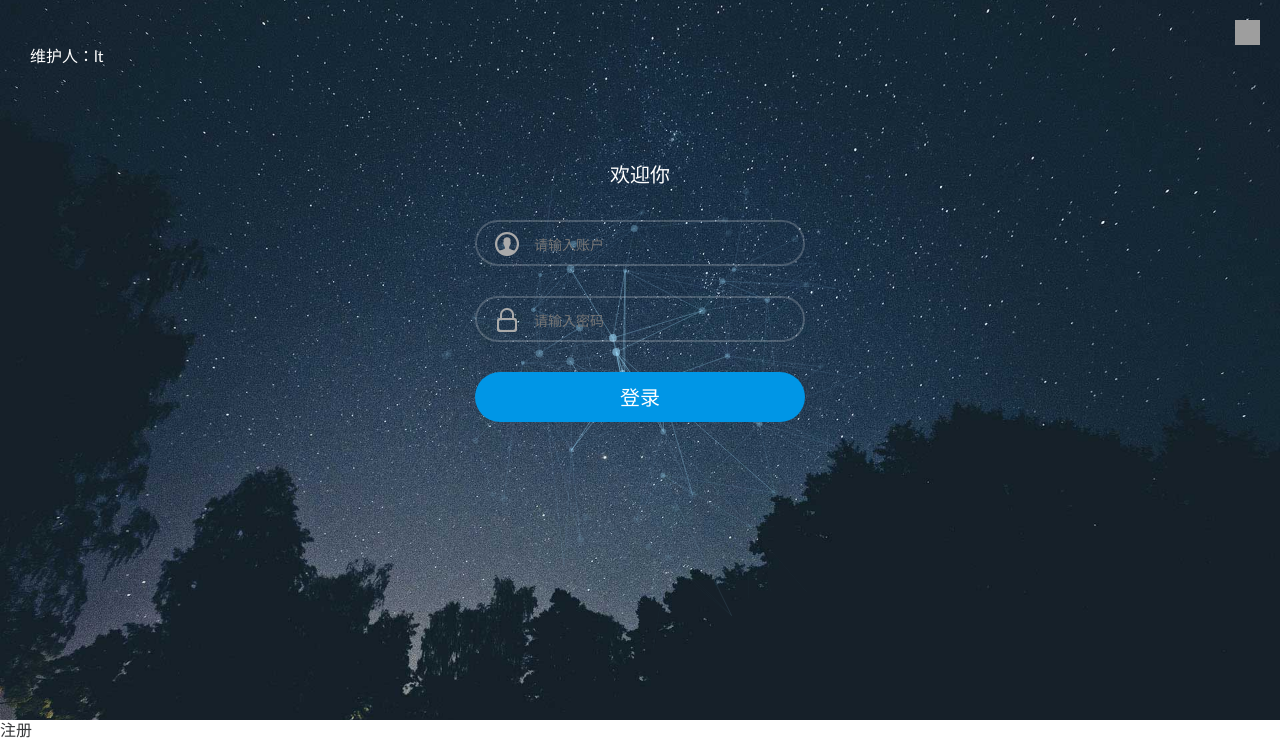
Repository: LTai123456/orl
Page: auth/src/main/resources/static/index.html
These files come from the project's save history. The page is drawn as it stood at one moment and after the next save; the edit follows.
The browser window is 1280 px wide. The pictures show the whole page.
Pictures or frames that could not be fetched are drawn as grey boxes.

Above is the page before, as saved 2019-12-26 05:06:02.

### auth/src/main/resources/static/index.html
<!DOCTYPE html>
<html lang="en" class="no-js">
<head>
<meta charset="UTF-8" />
<meta http-equiv="X-UA-Compatible" content="IE=edge">
<meta name="viewport" content="width=device-width, initial-scale=1">
<title>login</title>
<link rel="stylesheet" type="text/css" href="css/normalize.css" />
<link rel="stylesheet" type="text/css" href="css/demo.css" />
<!--必要样式-->
<link rel="stylesheet" type="text/css" href="css/component.css" />
<!--[if IE]>
<script src="js/html5.js"></script>
<![endif]-->
</head>
<body>
	<div class="container demo-1">
		<div class="content">
			<div id="large-header" class="large-header">
				<canvas id="demo-canvas"></canvas>
				<div class="logo_box">
					<h3>欢迎你</h3>
					<form id="login" action="/login/form" name="f" method="post">
						<div class="input_outer">
							<span class="u_user"></span> <input name="username" class="text"
								style="color: #FFFFFF !important" type="text"
								placeholder="请输入账户">
						</div>
						<div class="input_outer">
							<span class="us_uer"></span> <input name="password" class="text"
								style="color: #FFFFFF !important; position: absolute; z-index: 100;"
								value="" type="password" placeholder="请输入密码">
						</div>
						<div class="mb2">
						    <a class="act-but submit" onclick="document:login.submit()"
						        style="color: #FFFFFF">登录</a>
						</div>
					</form>
				</div>
			</div>
		</div>
	</div>
	<!-- /container -->

	<script src="js/TweenLite.min.js"></script>
	<script src="js/EasePack.min.js"></script>
	<script src="js/rAF.js"></script>
	<script src="js/demo-1.js"></script>
	<div style="text-align: center;">
		<p class="creater">
			维护人：<a href="https://github.com/LTai123456/orl" target="_blank">lt</a>
		</p>
	</div>
	<div>
	    <span class="zhuce_icon"></span>
	    <div>注册</div>
	</div>
</body>
</html>

### auth/src/main/resources/static/css/component.css
/* Header */
.large-header {
	position: relative;
	width: 100%;
	background: #333;
	overflow: hidden;
	background-size: cover;
	background-position: center center;
	z-index: 1;
}

.demo-1 .large-header {
	background-image: url('../img/demo-1-bg.jpg');
}
.logo_box{
	width: 400px;
	height: 500px;
	padding: 35px;
	color: #EEE;
	position: absolute;
	left: 50%;
	top:50%;
	margin-left: -200px;
	margin-top: -250px;
}
.logo_box h3{
	text-align: center;
	height: 20px;
	font: 20px "microsoft yahei",Helvetica,Tahoma,Arial,"Microsoft jhengHei",sans-serif;
	color: #FFFFFF;
	height: 20px;
	line-height: 20px;
	padding:0 0 35px 0;
}
.forms{
	width: 280px;
	height: 485px;
}
.logon_inof{
	width: 100%;
	min-height: 450px;
	padding-top: 35px;
	position: relative;
}
.input_outer{
	height: 46px;
	padding: 0 5px;
	margin-bottom: 30px;
	border-radius: 50px;
	position: relative;
	border: rgba(255,255,255,0.2) 2px solid !important;
}
.u_user{
	width: 25px;
	height: 25px;
	background: url(../img/login_ico.png);
	background-position:  -125px 0;
	position: absolute;
	margin: 10px 13px;
}
.zhuce_icon{
	width: 25px;
	height: 25px;
	background: url(../img/zhuce.png);
	position:fixed;
	top: 20px;
	right: 20px;
	color: #fff;
	z-index:1000;
}
.us_uer{
	width: 25px;
	height: 25px;
	background-image: url(../img/login_ico.png);
	background-position: -125px -34px;
	position: absolute;
	margin: 10px 13px;
}
.l-login{
	position: absolute;
	z-index: 1;
	left: 50px;
	top: 0;
	height: 46px;
	font: 14px "microsoft yahei",Helvetica,Tahoma,Arial,"Microsoft jhengHei";
	line-height: 46px;
}
.text{
	width: 220px;
	height: 46px;
	outline: none;
	display: inline-block;
	font: 14px "microsoft yahei",Helvetica,Tahoma,Arial,"Microsoft jhengHei";
	margin-left: 50px;
	border: none;
	background: none;
	line-height: 46px;
}
/*///*/
.mb2{
	margin-bottom: 20px
}
.mb2 a{
	text-decoration: none;
	outline: none;
}
.submit {
	padding: 15px;
	margin-top: 20px;
	display: block;
}
.act-but{
	line-height: 20px;
	text-align: center;
	font-size: 20px;
	border-radius: 50px;
	background: #0096e6;
}
.creater{
	position:fixed;
	top: 30px;
	left: 30px;
	color: #fff;
	z-index:999;
}

.creater a{
	color: #fff;
}

Loaded but not shown: auth/src/main/resources/static/css/normalize.css (common file); auth/src/main/resources/static/css/demo.css (common file); auth/src/main/resources/static/js/TweenLite.min.js (library); auth/src/main/resources/static/js/EasePack.min.js (library); auth/src/main/resources/static/js/rAF.js (common file); auth/src/main/resources/static/js/demo-1.js (common file)

After the next save:
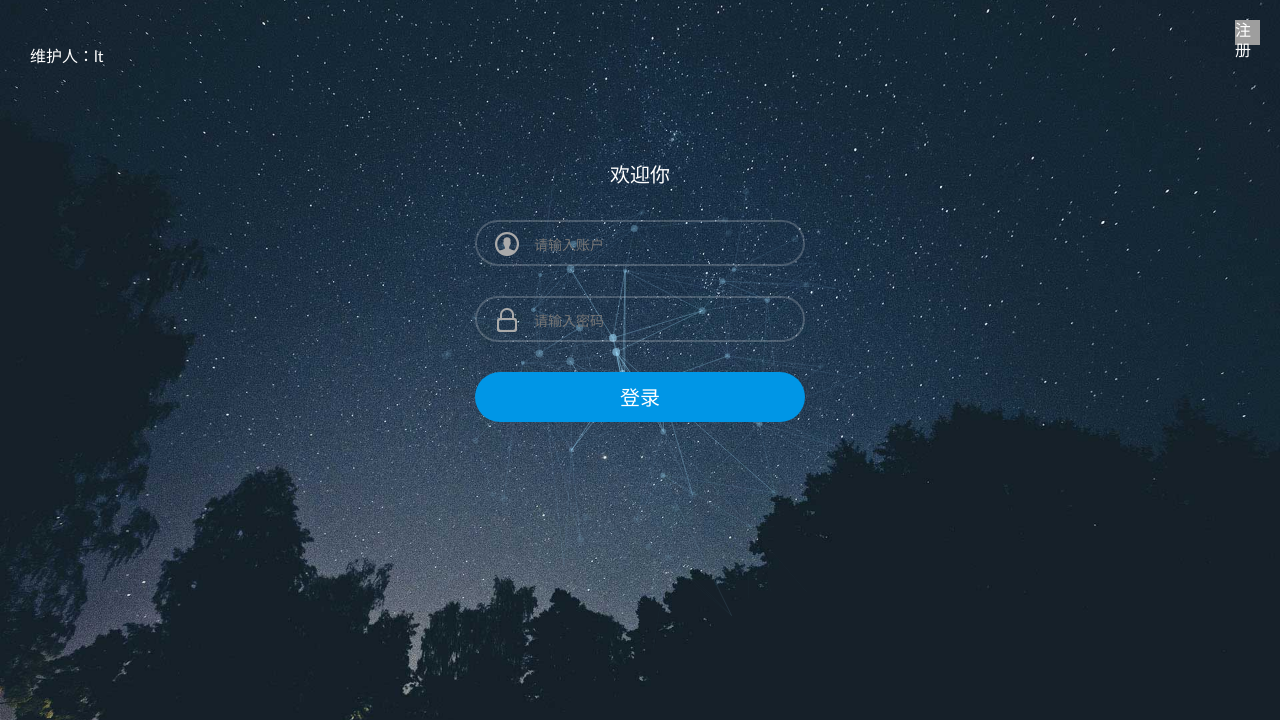
Saved 9 s later.
--- a/auth/src/main/resources/static/index.html
+++ b/auth/src/main/resources/static/index.html
@@ -52,8 +52,8 @@
 		</p>
 	</div>
 	<div>
-	    <span class="zhuce_icon"></span>
-	    <div>注册</div>
+	    <span class="zhuce_icon"><div>注册</div></span>
+
 	</div>
 </body>
 </html>
